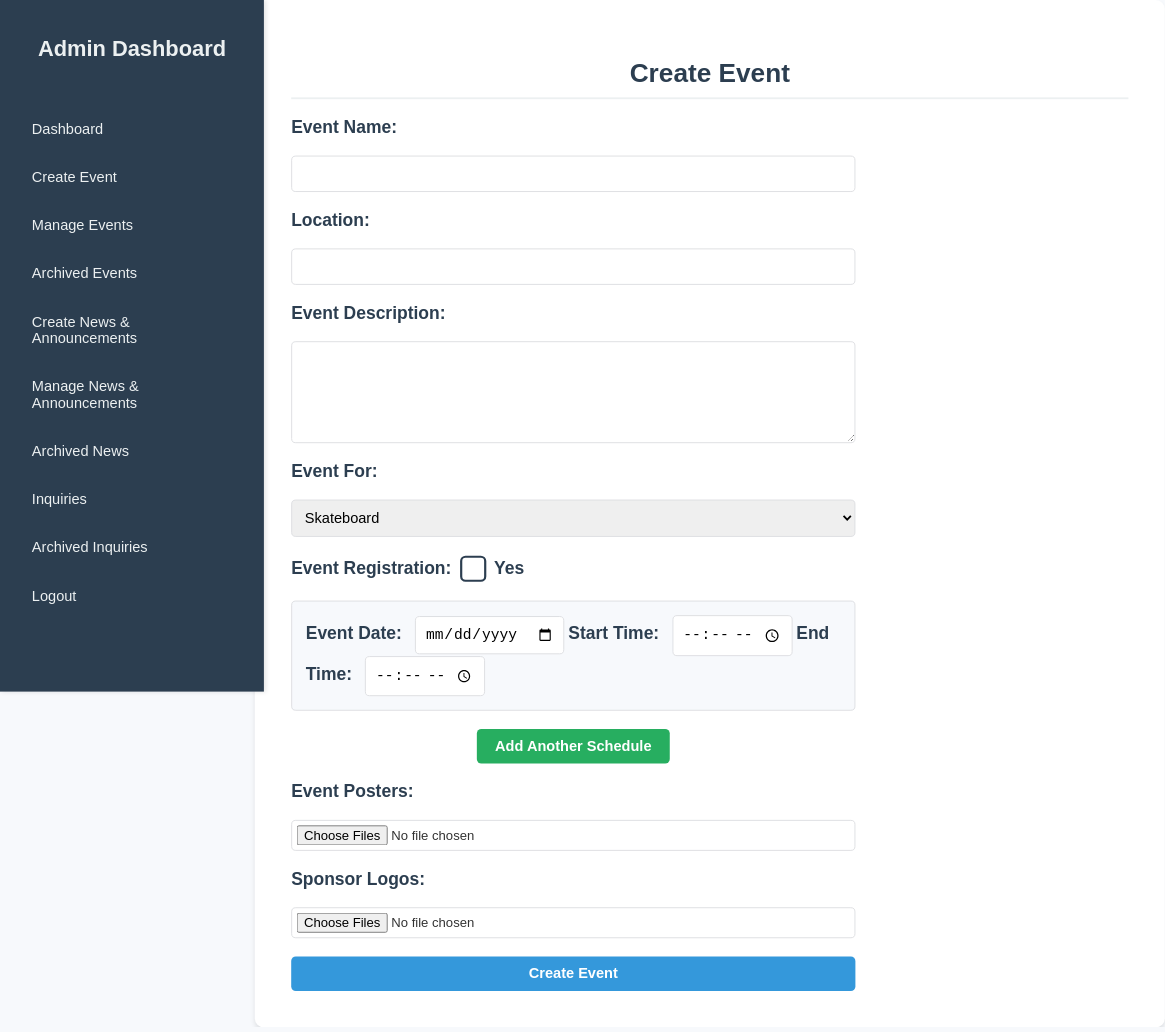
Repository: KharonKade/Capstone
Page: http://localhost/admin.html
These files come from the project's save history. The page is drawn as it stood at one moment and after the next save; the edit follows.
The browser window is 1280 px wide. The pictures show the whole page, at 91% of full size.
The page is run by PHP 8.4 with error messages shown; the project is at /var/www/html/.

Above is the page before, as saved 2025-04-01 13:06:43.

After the next save:
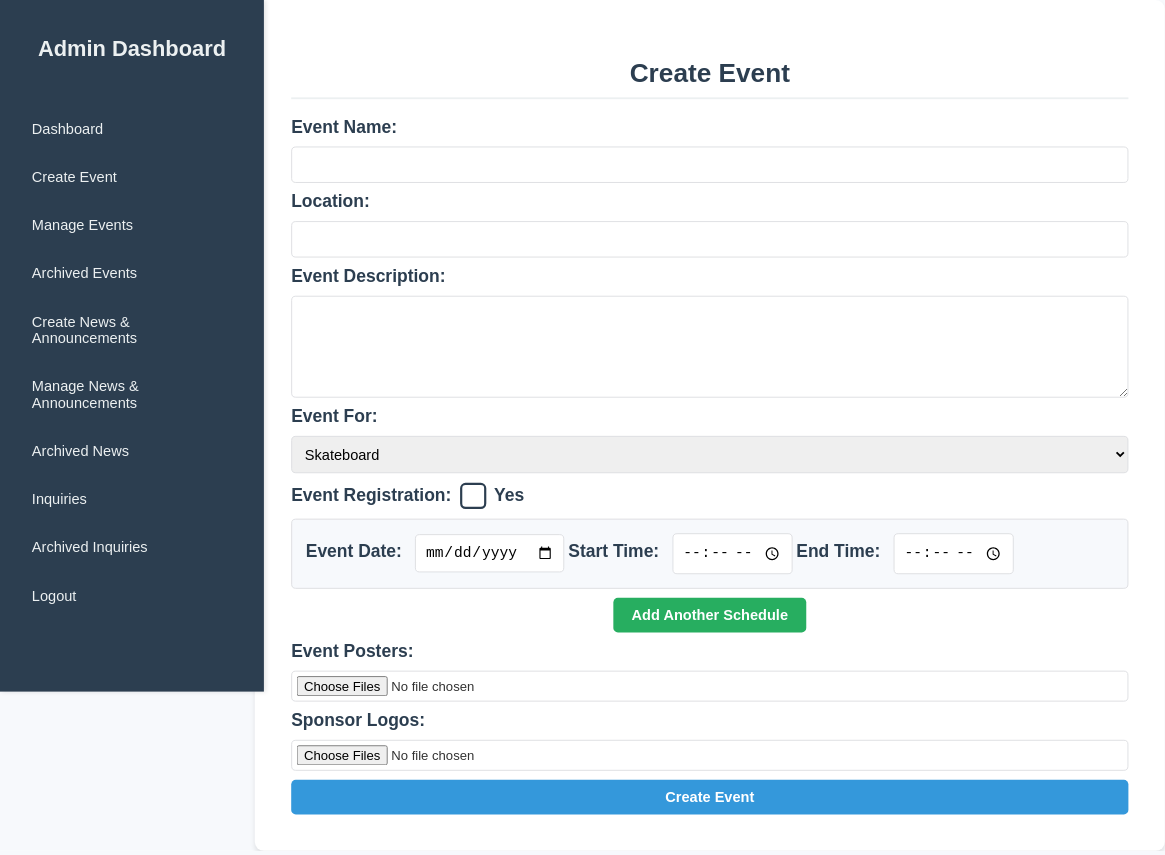
Saved 2 min 6 s later.
--- a/Css/admin.css
+++ b/Css/admin.css
@@ -77,12 +77,10 @@ body {
 }
 
 form {
-    max-width: 900px;
-    margin: 0 auto;
     display: flex;
     flex-direction: column;
-    gap: 20px;
-    margin-right: 300px;
+    gap: 10px;
+    margin-top: 10px;
 }
 
 form label {
